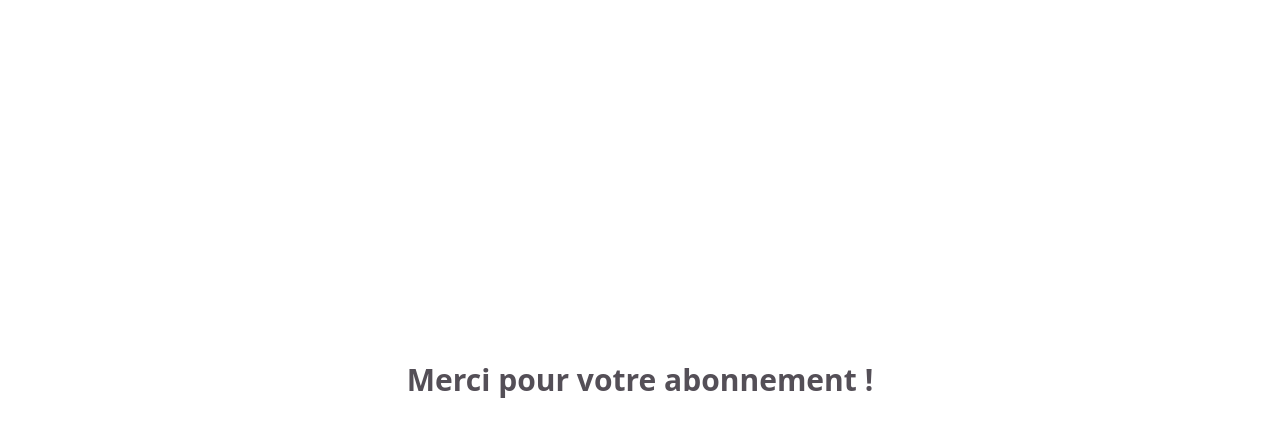
Repository: Irajiack/TP2_CamilleElisabethBleau_CarmenFerlatte
Page: confirmation.html
The author's editor kept a copy of each file at every save. The page is drawn from the files as they stood at one save, then again after the next save.
The browser window is 1280 px wide. The pictures show the whole page.
Some web libraries are served in a nearby version.

Above is the page before, as saved 2024-06-23 14:04:11.

### confirmation.html
<!DOCTYPE html>
<html lang="fr-ca">
  <head>
    <meta charset="UTF-8" />
    <meta name="viewport" content="width=device-width, initial-scale=1.0" />
    <title>Confirmation</title>
    <script src="https://cdn.tailwindcss.com"></script>
  </head>
  <body>
    <main>
      <div
        class="flex w-screen h-screen bg[#f1f4f6] items-center justify-center"
      >
        <h1 class="mt-10 text-3xl text-[#544F57] font-extrabold">
          Merci pour votre abonnement !
        </h1>
      </div>
    </main>
  </body>
</html>

After the next save:
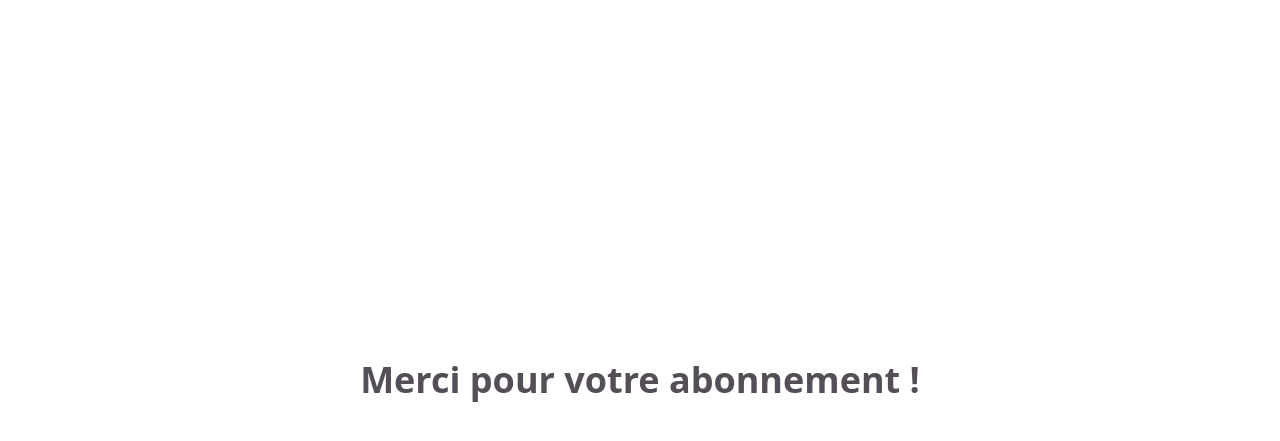
Saved 6 s later.
--- a/confirmation.html
+++ b/confirmation.html
@@ -11,7 +11,7 @@
       <div
         class="flex w-screen h-screen bg[#f1f4f6] items-center justify-center"
       >
-        <h1 class="mt-10 text-3xl text-[#544F57] font-extrabold">
+        <h1 class="mt-10 text-4xl text-[#544F57] font-extrabold">
           Merci pour votre abonnement !
         </h1>
       </div>
